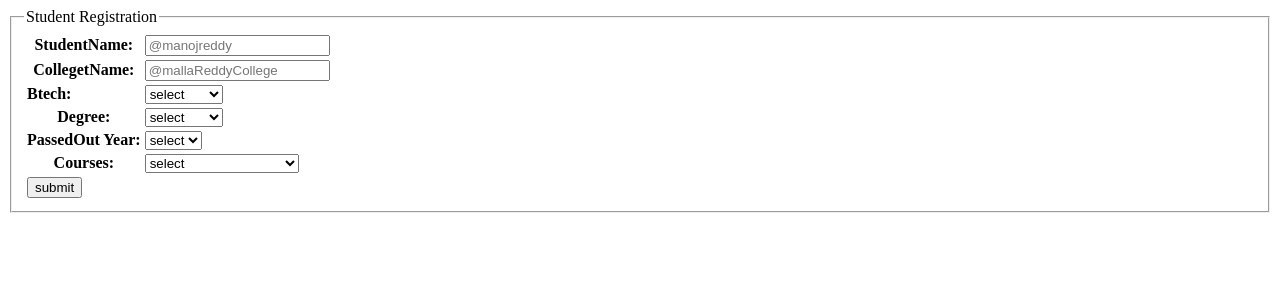
Repository: JanapatlaManojReddy/java
Page: http://localhost/institutionProject/StudentRegistration.jsp
An editor plug-in stored every save of this project. The page is shown before and after the next save, followed by the edit.
The browser window is 1280 px wide. The pictures show the whole page.
The page is served by Tomcat 9.

Above is the page before, as saved 2023-08-19 13:02:48.

After the next save:
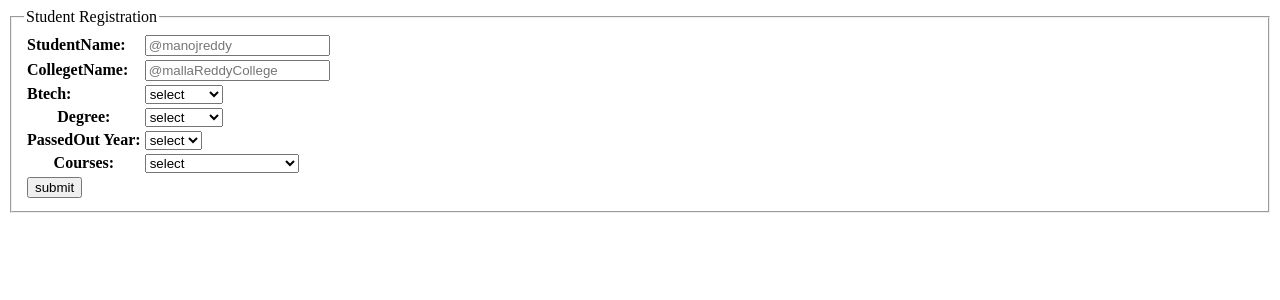
Saved 52 s later.
--- a/institutionProject/src/main/webapp/StudentRegistration.jsp
+++ b/institutionProject/src/main/webapp/StudentRegistration.jsp
@@ -14,7 +14,7 @@
 <table>
 
 <tr>
-<th>
+<th align="left">
 <lable for="sname">StudentName:</lable>
 </th>
 
@@ -25,7 +25,7 @@
 
 <tr>
 
-<th>
+<th align="left">
 <lable for="cname" align="left">CollegetName:</lable></th>
 <td>
 <input type="text" name="collegeName" placeholder="@mallaReddyCollege" required>
@@ -66,7 +66,7 @@
 </td>
 </tr>
 <tr>
-<th>
+<th align="left">
 <lable for="pyear">PassedOut Year:</lable>
 </th>
 <td>
